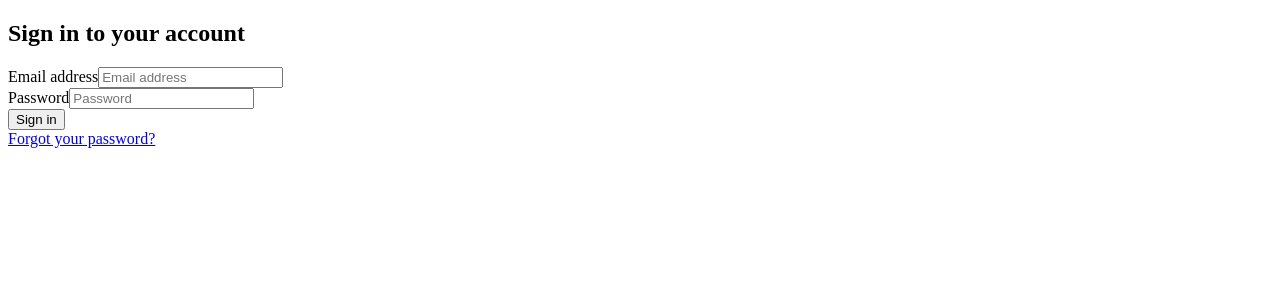
Repository: gurusubramaniam/propertyManagement
Page: /login (app in frontend/)
An editor plug-in stored every save of this project. The page is shown before and after the next save, followed by the edit.
The browser window is 1280 px wide. The pictures show the whole page.
The project was rebuilt for these pictures with package versions that can differ from the ones it lists, and the page was loaded fresh each time. The framework's server and built-in components were replaced by stand-ins that run in the browser.

Above is the page before, as saved 2025-03-28 12:27:40.

After the next save:
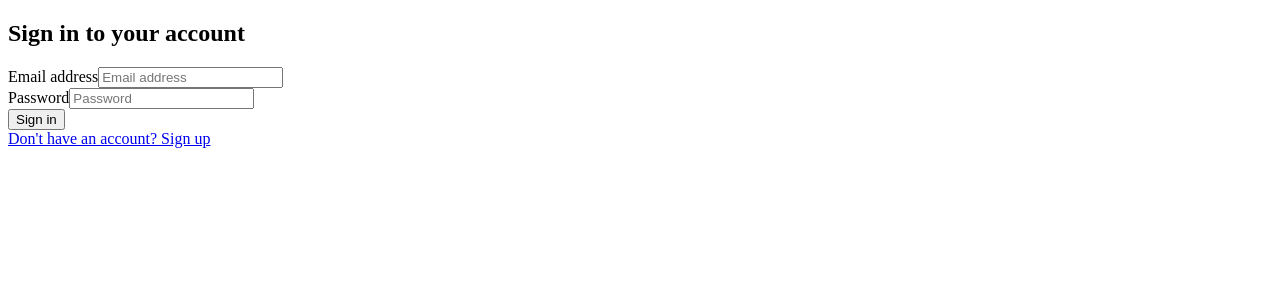
Saved 112 s later.
--- a/frontend/src/app/login/page.tsx
+++ b/frontend/src/app/login/page.tsx
@@ -11,9 +11,13 @@ export default function LoginPage() {
     password: '',
   });
   const [error, setError] = useState('');
+  const [loading, setLoading] = useState(false);
 
   const handleSubmit = async (e: React.FormEvent) => {
     e.preventDefault();
+    setError('');
+    setLoading(true);
+
     try {
       const response = await fetch('http://localhost:3001/auth/login', {
         method: 'POST',
@@ -29,18 +33,19 @@ export default function LoginPage() {
         throw new Error(data.message || 'Login failed');
       }
 
-      // Store the token and user data
+      // Store the token
       localStorage.setItem('token', data.access_token);
-      localStorage.setItem('user', JSON.stringify(data.user));
 
-      // Redirect based on user role
+      // Redirect based on role
       if (data.user.role === 'admin') {
-        router.push('/admin/dashboard');
+        router.push('/admin');
       } else {
-        router.push('/tenant/dashboard');
+        router.push('/dashboard');
       }
     } catch (err) {
-      setError(err instanceof Error ? err.message : 'An error occurred');
+      setError(err instanceof Error ? err.message : 'Login failed');
+    } finally {
+      setLoading(false);
     }
   };
 
@@ -53,6 +58,11 @@ export default function LoginPage() {
           </h2>
         </div>
         <form className="mt-8 space-y-6" onSubmit={handleSubmit}>
+          {error && (
+            <div className="rounded-md bg-red-50 p-4">
+              <div className="text-sm text-red-700">{error}</div>
+            </div>
+          )}
           <div className="rounded-md shadow-sm -space-y-px">
             <div>
               <label htmlFor="email" className="sr-only">
@@ -66,9 +76,7 @@ export default function LoginPage() {
                 className="appearance-none rounded-none relative block w-full px-3 py-2 border border-gray-300 placeholder-gray-500 text-gray-900 rounded-t-md focus:outline-none focus:ring-indigo-500 focus:border-indigo-500 focus:z-10 sm:text-sm"
                 placeholder="Email address"
                 value={formData.email}
-                onChange={(e) =>
-                  setFormData({ ...formData, email: e.target.value })
-                }
+                onChange={(e) => setFormData({ ...formData, email: e.target.value })}
               />
             </div>
             <div>
@@ -83,33 +91,24 @@ export default function LoginPage() {
                 className="appearance-none rounded-none relative block w-full px-3 py-2 border border-gray-300 placeholder-gray-500 text-gray-900 rounded-b-md focus:outline-none focus:ring-indigo-500 focus:border-indigo-500 focus:z-10 sm:text-sm"
                 placeholder="Password"
                 value={formData.password}
-                onChange={(e) =>
-                  setFormData({ ...formData, password: e.target.value })
-                }
+                onChange={(e) => setFormData({ ...formData, password: e.target.value })}
               />
             </div>
           </div>
 
-          {error && (
-            <div className="text-red-500 text-sm text-center">{error}</div>
-          )}
-
           <div>
             <button
               type="submit"
+              disabled={loading}
               className="group relative w-full flex justify-center py-2 px-4 border border-transparent text-sm font-medium rounded-md text-white bg-indigo-600 hover:bg-indigo-700 focus:outline-none focus:ring-2 focus:ring-offset-2 focus:ring-indigo-500"
             >
-              Sign in
+              {loading ? 'Signing in...' : 'Sign in'}
             </button>
           </div>
         </form>
-
         <div className="text-center">
-          <Link
-            href="/forgot-password"
-            className="font-medium text-indigo-600 hover:text-indigo-500"
-          >
-            Forgot your password?
+          <Link href="/register" className="text-indigo-600 hover:text-indigo-500">
+            Don't have an account? Sign up
           </Link>
         </div>
       </div>
